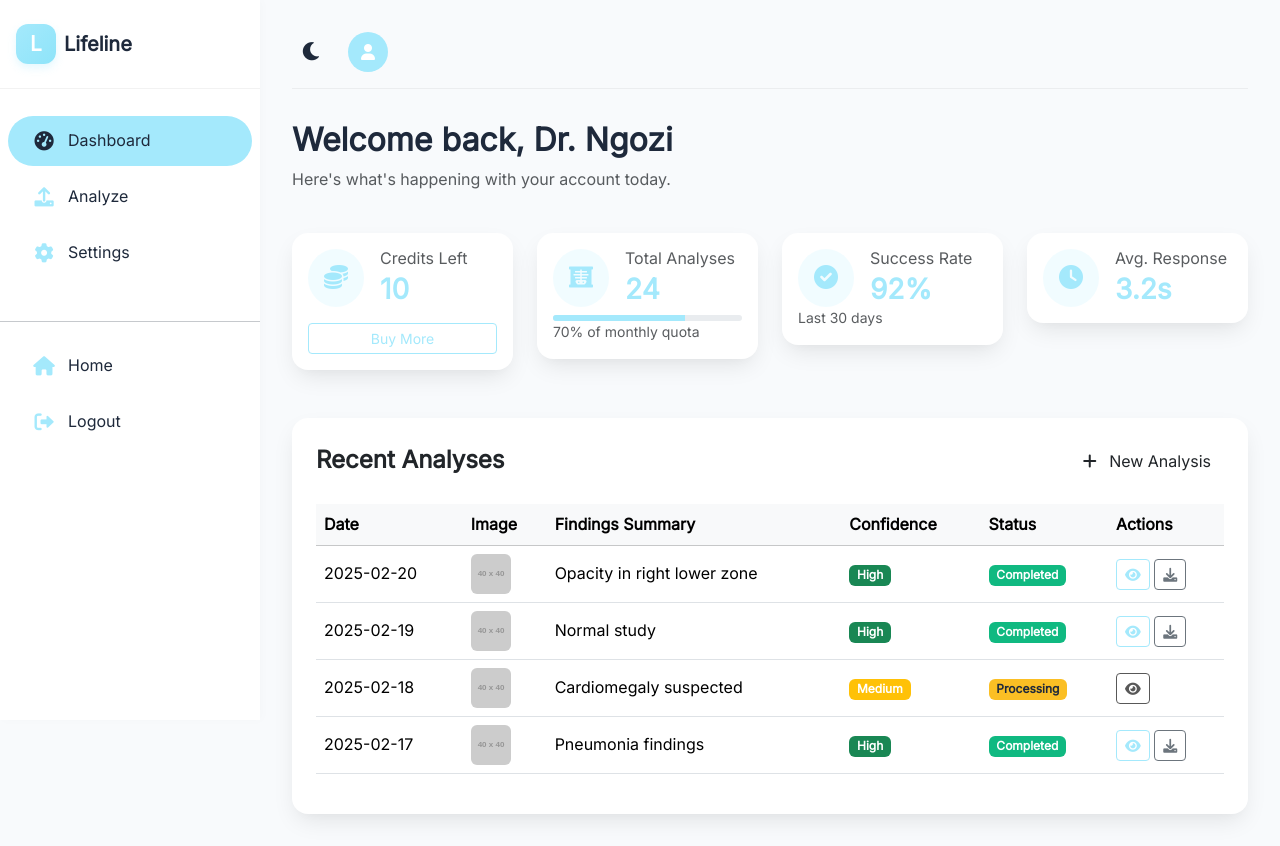
Repository: YackswebCode/lifeline
Page: http://localhost/dashboard
These files come from the project's save history. The page is drawn as it stood at one moment and after the next save; the edit follows.
The browser window is 1280 px wide. The pictures show the whole page.
The page is served by the project's Laravel application, run on PHP 8.4 with Laravel 12. Other server files are loaded and not shown.

Above is the page before, as saved 2026-02-25 16:32:29.

### routes/web.php
<?php

use Illuminate\Support\Facades\Route;
use App\Http\Controllers\LandingController;
use App\Http\Controllers\DashboardController;
use App\Http\Controllers\AnalyzeController;
use App\Http\Controllers\SettingsController;
use App\Http\Controllers\Admin\DashboardController as AdminDashboardController;
use App\Http\Controllers\PageController;

Route::get('/', [LandingController::class, 'index'])->name('landing');

// Authentication pages (static design only)
Route::get('/login', function () {
    return view('auth.login');
})->name('login');
Route::get('/register', function () {
    return view('auth.register');
})->name('register');

// Protected pages (just design, no middleware yet)
Route::get('/dashboard', [DashboardController::class, 'index'])->name('dashboard');
Route::get('/analyze', [AnalyzeController::class, 'index'])->name('analyze');
Route::get('/settings', [SettingsController::class, 'index'])->name('settings');

// Admin pages
Route::prefix('admin')->name('admin.')->group(function () {
    Route::get('/dashboard', [AdminDashboardController::class, 'index'])->name('dashboard');
});

// Static pages
Route::get('/about', [PageController::class, 'about'])->name('about');
Route::get('/contact', [PageController::class, 'contact'])->name('contact');
Route::get('/terms', [PageController::class, 'terms'])->name('terms');
Route::get('/privacy', [PageController::class, 'privacy'])->name('privacy');

### app/Http/Controllers/DashboardController.php
<?php

namespace App\Http\Controllers;

use Illuminate\Http\Request;

class DashboardController extends Controller
{
    public function index()
    {
        return view('dashboard');
    }
}

### resources/views/layouts/dashboard.blade.php
<!DOCTYPE html>
<html lang="en">
<head>
    <meta charset="UTF-8">
    <meta name="viewport" content="width=device-width, initial-scale=1.0">
    <meta name="csrf-token" content="{{ csrf_token() }}">
    <title>@yield('title', 'Dashboard - Lifeline') - Lifeline</title>
    <!-- Bootstrap 5 CDN -->
    <link href="https://cdn.jsdelivr.net/npm/bootstrap@5.3.0-alpha1/dist/css/bootstrap.min.css" rel="stylesheet">
    <!-- Font Awesome 6 -->
    <link rel="stylesheet" href="https://cdnjs.cloudflare.com/ajax/libs/font-awesome/6.0.0-beta3/css/all.min.css">
    <!-- Google Fonts: Inter -->
    <link href="https://fonts.googleapis.com/css2?family=Inter:opsz@14..32&display=swap" rel="stylesheet">
    <style>
        :root {
            --brand: #a4e9fc;
            --brand-dark: #7bcde0;
            --white: #ffffff;
            --bg-light: #f8fafc;
            --bg-dark: #1a202c;
            --text-light: #1e293b;
            --text-dark: #e2e8f0;
            --muted: #6b7280;
            --danger: #dc2626;
            --success: #10b981;
            --card-radius: 1rem;
            --shadow-soft: 0 10px 25px -5px rgba(0,0,0,0.1), 0 8px 10px -6px rgba(0,0,0,0.02);
            --transition: all 0.2s ease;
            --sidebar-width: 260px;
        }

        body.dark-mode {
            --bg-light: #0f172a;
            --text-light: #e2e8f0;
            --white: #1e293b;
            --muted: #94a3b8;
        }

        body {
            font-family: 'Inter', system-ui, sans-serif;
            background-color: var(--bg-light);
            color: var(--text-light);
            transition: background-color 0.3s, color 0.3s;
            line-height: 1.6;
        }

        /* Dashboard layout */
        .dashboard-wrapper {
            display: flex;
            min-height: 100vh;
        }

        /* Sidebar */
        .sidebar {
            width: var(--sidebar-width);
            background-color: var(--white);
            box-shadow: 2px 0 10px rgba(0,0,0,0.02);
            transition: transform 0.3s ease;
            position: fixed;
            top: 0;
            left: 0;
            height: 100vh;
            overflow-y: auto;
            z-index: 1000;
        }

        .sidebar-header {
            padding: 1.5rem 1rem;
            border-bottom: 1px solid rgba(0,0,0,0.05);
            display: flex;
            align-items: center;
            justify-content: space-between;
        }

        .sidebar .logo {
            width: 40px;
            height: 40px;
            background: linear-gradient(135deg, var(--brand) 0%, #8ee4f9 100%);
            border-radius: 12px;
            display: flex;
            align-items: center;
            justify-content: center;
            color: white;
            font-weight: 700;
            font-size: 1.3rem;
            box-shadow: 0 4px 8px rgba(164,233,252,0.3);
        }

        .sidebar .nav-link {
            display: flex;
            align-items: center;
            padding: 0.75rem 1.5rem;
            color: var(--text-light);
            font-weight: 500;
            transition: var(--transition);
            margin: 0.2rem 0.5rem;
            border-radius: 2rem;
        }

        .sidebar .nav-link i {
            margin-right: 0.75rem;
            color: var(--brand);
            font-size: 1.2rem;
            width: 24px;
            text-align: center;
        }

        .sidebar .nav-link:hover {
            background-color: rgba(164,233,252,0.1);
            transform: translateX(5px);
        }

        .sidebar .nav-link.active {
            background-color: var(--brand);
            color: #1e293b;
        }

        .sidebar .nav-link.active i {
            color: #1e293b;
        }

        /* Main content */
        .main-content {
            flex: 1;
            margin-left: var(--sidebar-width);
            padding: 2rem;
            transition: margin-left 0.3s ease;
        }

        /* Top navbar inside main */
        .top-navbar {
            display: flex;
            justify-content: space-between;
            align-items: center;
            margin-bottom: 2rem;
            padding-bottom: 1rem;
            border-bottom: 1px solid rgba(0,0,0,0.05);
        }

        .mobile-toggle {
            display: none;
            background: transparent;
            border: none;
            font-size: 1.5rem;
            color: var(--text-light);
            cursor: pointer;
        }

        .user-menu {
            display: flex;
            align-items: center;
            gap: 1rem;
        }

        .user-avatar {
            width: 40px;
            height: 40px;
            background-color: var(--brand);
            border-radius: 50%;
            display: flex;
            align-items: center;
            justify-content: center;
            color: white;
            font-weight: 600;
        }

        .dark-mode-toggle {
            background: transparent;
            border: none;
            color: var(--text-light);
            font-size: 1.3rem;
            cursor: pointer;
            width: 40px;
            height: 40px;
            border-radius: 50%;
            display: flex;
            align-items: center;
            justify-content: center;
            transition: var(--transition);
        }

        .dark-mode-toggle:hover {
            background-color: rgba(164,233,252,0.2);
        }

        /* Cards */
        .card {
            background-color: var(--white);
            border-radius: var(--card-radius);
            box-shadow: var(--shadow-soft);
            border: none;
            transition: var(--transition);
        }
        .card:hover {
            transform: translateY(-4px);
            box-shadow: 0 20px 30px -10px rgba(0,0,0,0.15);
        }

        /* Responsive */
        @media (max-width: 768px) {
            .sidebar {
                transform: translateX(-100%);
            }
            .sidebar.show {
                transform: translateX(0);
            }
            .main-content {
                margin-left: 0;
            }
            .mobile-toggle {
                display: block;
            }
        }

        /* Badge customizations */
        .badge-processing {
            background-color: #fbbf24;
            color: #1e293b;
        }
        .badge-completed {
            background-color: var(--success);
            color: white;
        }
        .badge-failed {
            background-color: var(--danger);
            color: white;
        }
    </style>
    @stack('styles')
</head>
<body>
    <div class="dashboard-wrapper">
        <!-- Sidebar -->
        <aside class="sidebar" id="sidebar">
            <div class="sidebar-header">
                <div class="d-flex align-items-center gap-2">
                    <div class="logo">L</div>
                    <span class="fw-bold fs-5">Lifeline</span>
                </div>
                <button class="d-md-none btn-close" id="closeSidebar"></button>
            </div>
            <nav class="mt-4">
                <ul class="nav flex-column">
                    <li class="nav-item">
                        <a href="{{ route('dashboard') }}" class="nav-link {{ request()->routeIs('dashboard') ? 'active' : '' }}">
                            <i class="fas fa-tachometer-alt"></i> Dashboard
                        </a>
                    </li>
                    <li class="nav-item">
                        <a href="{{ route('analyze') }}" class="nav-link {{ request()->routeIs('analyze') ? 'active' : '' }}">
                            <i class="fas fa-upload"></i> Analyze
                        </a>
                    </li>
                    <li class="nav-item">
                        <a href="{{ route('settings') }}" class="nav-link {{ request()->routeIs('settings') ? 'active' : '' }}">
                            <i class="fas fa-cog"></i> Settings
                        </a>
                    </li>
                    <li class="nav-item mt-4">
                        <hr>
                    </li>
                    <li class="nav-item">
                        <a href="{{ route('landing') }}" class="nav-link">
                            <i class="fas fa-home"></i> Home
                        </a>
                    </li>
                    <li class="nav-item">
                        <a href="#" class="nav-link" onclick="event.preventDefault(); document.getElementById('logout-form').submit();">
                            <i class="fas fa-sign-out-alt"></i> Logout
                        </a>
                        <form id="logout-form" action="#" method="POST" style="display: none;">
                            @csrf
                        </form>
                    </li>
                </ul>
            </nav>
        </aside>

        <!-- Main Content -->
        <main class="main-content">
            <!-- Top Navbar -->
            <div class="top-navbar">
                <button class="mobile-toggle" id="sidebarToggle">
                    <i class="fas fa-bars"></i>
                </button>
                <div class="user-menu">
                    <button class="dark-mode-toggle" id="darkModeToggle">
                        <i class="fas fa-moon"></i>
                    </button>
                    <div class="user-avatar">
                        <i class="fas fa-user"></i>
                    </div>
                </div>
            </div>

            <!-- Page Content -->
            @yield('content')
        </main>
    </div>

    <!-- Bootstrap JS -->
    <script src="https://cdn.jsdelivr.net/npm/bootstrap@5.3.0-alpha1/dist/js/bootstrap.bundle.min.js"></script>
    <!-- Dark mode script -->
    <script>
        (function() {
            const toggle = document.getElementById('darkModeToggle');
            const icon = toggle.querySelector('i');
            const body = document.body;
            const savedMode = localStorage.getItem('darkMode');
            if (savedMode === 'enabled') {
                body.classList.add('dark-mode');
                icon.classList.remove('fa-moon');
                icon.classList.add('fa-sun');
            }
            toggle.addEventListener('click', () => {
                if (body.classList.contains('dark-mode')) {
                    body.classList.remove('dark-mode');
                    icon.classList.remove('fa-sun');
                    icon.classList.add('fa-moon');
                    localStorage.setItem('darkMode', 'disabled');
                } else {
                    body.classList.add('dark-mode');
                    icon.classList.remove('fa-moon');
                    icon.classList.add('fa-sun');
                    localStorage.setItem('darkMode', 'enabled');
                }
            });

            // Sidebar toggle for mobile
            const sidebar = document.getElementById('sidebar');
            const sidebarToggle = document.getElementById('sidebarToggle');
            const closeSidebar = document.getElementById('closeSidebar');

            if (sidebarToggle) {
                sidebarToggle.addEventListener('click', () => {
                    sidebar.classList.toggle('show');
                });
            }
            if (closeSidebar) {
                closeSidebar.addEventListener('click', () => {
                    sidebar.classList.remove('show');
                });
            }
        })();
    </script>
    @stack('scripts')
</body>
</html>

Loaded but not shown: app/Providers/AppServiceProvider.php (common file); app/Http/Controllers/Controller.php (common file); resources/views/dashboard.blade.php (174 lines, source omitted)

After the next save:
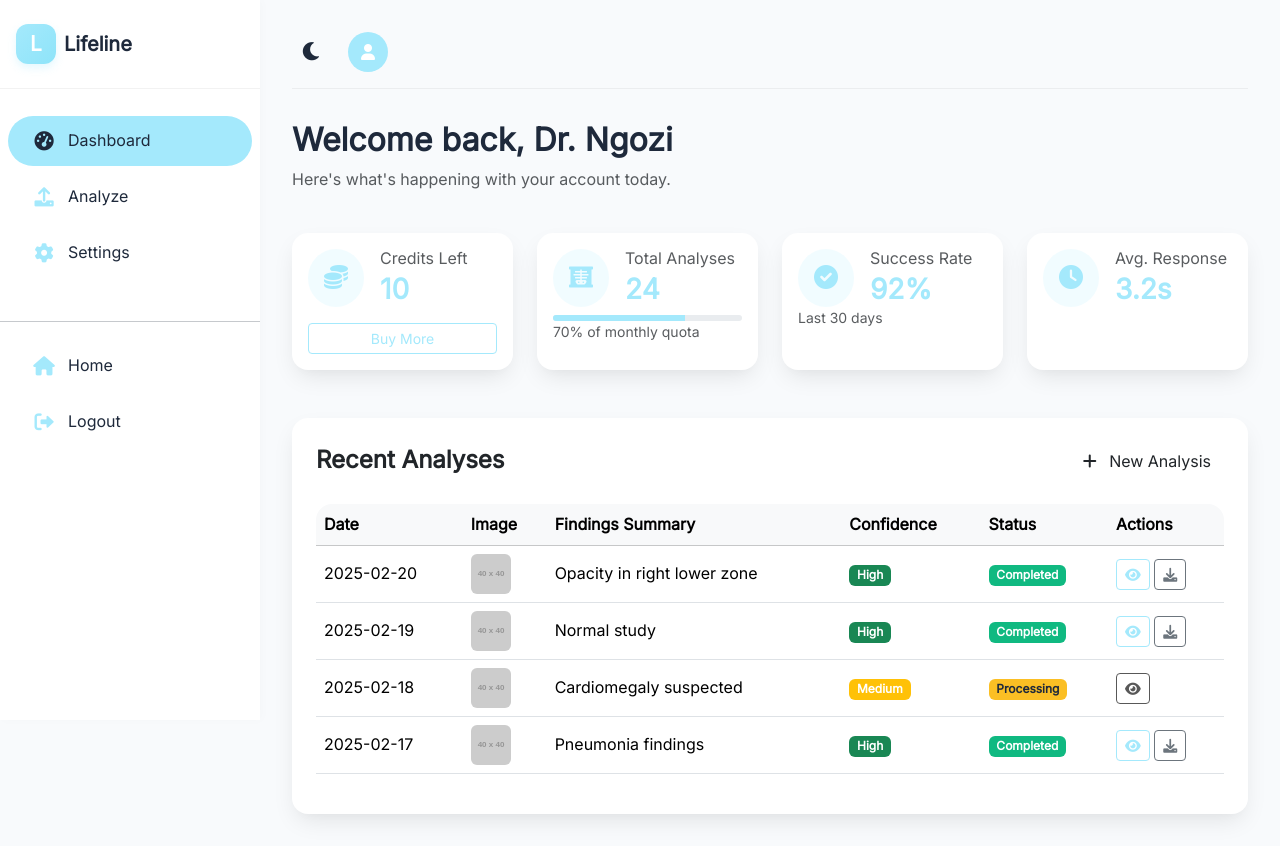
Saved 4 min 55 s later.
--- a/resources/views/layouts/dashboard.blade.php
+++ b/resources/views/layouts/dashboard.blade.php
@@ -2,7 +2,7 @@
 <html lang="en">
 <head>
     <meta charset="UTF-8">
-    <meta name="viewport" content="width=device-width, initial-scale=1.0">
+    <meta name="viewport" content="width=device-width, initial-scale=1.0, maximum-scale=1.0, user-scalable=yes">
     <meta name="csrf-token" content="{{ csrf_token() }}">
     <title>@yield('title', 'Dashboard - Lifeline') - Lifeline</title>
     <!-- Bootstrap 5 CDN -->
@@ -42,12 +42,14 @@
             color: var(--text-light);
             transition: background-color 0.3s, color 0.3s;
             line-height: 1.6;
+            overflow-x: hidden;
         }
 
         /* Dashboard layout */
         .dashboard-wrapper {
             display: flex;
             min-height: 100vh;
+            position: relative;
         }
 
         /* Sidebar */
@@ -61,7 +63,7 @@
             left: 0;
             height: 100vh;
             overflow-y: auto;
-            z-index: 1000;
+            z-index: 1050;
         }
 
         .sidebar-header {
@@ -119,12 +121,30 @@
             color: #1e293b;
         }
 
+        /* Backdrop for mobile sidebar */
+        .sidebar-backdrop {
+            position: fixed;
+            top: 0;
+            left: 0;
+            width: 100%;
+            height: 100%;
+            background-color: rgba(0,0,0,0.5);
+            z-index: 1040;
+            display: none;
+        }
+
+        .sidebar-backdrop.show {
+            display: block;
+        }
+
         /* Main content */
         .main-content {
             flex: 1;
             margin-left: var(--sidebar-width);
             padding: 2rem;
             transition: margin-left 0.3s ease;
+            min-height: 100vh;
+            overflow-y: auto;
         }
 
         /* Top navbar inside main */
@@ -135,6 +155,8 @@
             margin-bottom: 2rem;
             padding-bottom: 1rem;
             border-bottom: 1px solid rgba(0,0,0,0.05);
+            flex-wrap: wrap;
+            gap: 1rem;
         }
 
         .mobile-toggle {
@@ -183,17 +205,38 @@
             background-color: rgba(164,233,252,0.2);
         }
 
-        /* Cards */
+        /* Cards - ensure equal height */
         .card {
             background-color: var(--white);
             border-radius: var(--card-radius);
             box-shadow: var(--shadow-soft);
             border: none;
             transition: var(--transition);
+            height: 100%;
         }
         .card:hover {
             transform: translateY(-4px);
             box-shadow: 0 20px 30px -10px rgba(0,0,0,0.15);
+        }
+
+        /* Table responsive */
+        .table-responsive {
+            border-radius: var(--card-radius);
+            overflow-x: auto;
+        }
+
+        /* Badge customizations */
+        .badge-processing {
+            background-color: #fbbf24;
+            color: #1e293b;
+        }
+        .badge-completed {
+            background-color: var(--success);
+            color: white;
+        }
+        .badge-failed {
+            background-color: var(--danger);
+            color: white;
         }
 
         /* Responsive */
@@ -206,30 +249,27 @@
             }
             .main-content {
                 margin-left: 0;
+                padding: 1rem;
             }
             .mobile-toggle {
                 display: block;
             }
-        }
-
-        /* Badge customizations */
-        .badge-processing {
-            background-color: #fbbf24;
-            color: #1e293b;
-        }
-        .badge-completed {
-            background-color: var(--success);
-            color: white;
-        }
-        .badge-failed {
-            background-color: var(--danger);
-            color: white;
+            .top-navbar {
+                margin-bottom: 1rem;
+            }
+            /* Make cards full width on mobile with consistent height */
+            .row > [class*="col-"] {
+                margin-bottom: 1rem;
+            }
         }
     </style>
     @stack('styles')
 </head>
 <body>
     <div class="dashboard-wrapper">
+        <!-- Sidebar Backdrop (mobile only) -->
+        <div class="sidebar-backdrop" id="sidebarBackdrop"></div>
+
         <!-- Sidebar -->
         <aside class="sidebar" id="sidebar">
             <div class="sidebar-header">
@@ -277,7 +317,7 @@
         </aside>
 
         <!-- Main Content -->
-        <main class="main-content">
+        <main class="main-content" id="mainContent">
             <!-- Top Navbar -->
             <div class="top-navbar">
                 <button class="mobile-toggle" id="sidebarToggle">
@@ -303,6 +343,7 @@
     <!-- Dark mode script -->
     <script>
         (function() {
+            // Dark mode
             const toggle = document.getElementById('darkModeToggle');
             const icon = toggle.querySelector('i');
             const body = document.body;
@@ -326,21 +367,40 @@
                 }
             });
 
-            // Sidebar toggle for mobile
+            // Sidebar toggle for mobile with backdrop
             const sidebar = document.getElementById('sidebar');
             const sidebarToggle = document.getElementById('sidebarToggle');
             const closeSidebar = document.getElementById('closeSidebar');
+            const backdrop = document.getElementById('sidebarBackdrop');
+
+            function openSidebar() {
+                sidebar.classList.add('show');
+                backdrop.classList.add('show');
+                document.body.style.overflow = 'hidden'; // prevent background scrolling
+            }
+
+            function closeSidebarFunc() {
+                sidebar.classList.remove('show');
+                backdrop.classList.remove('show');
+                document.body.style.overflow = '';
+            }
 
             if (sidebarToggle) {
-                sidebarToggle.addEventListener('click', () => {
-                    sidebar.classList.toggle('show');
-                });
+                sidebarToggle.addEventListener('click', openSidebar);
             }
             if (closeSidebar) {
-                closeSidebar.addEventListener('click', () => {
-                    sidebar.classList.remove('show');
-                });
-            }
+                closeSidebar.addEventListener('click', closeSidebarFunc);
+            }
+            if (backdrop) {
+                backdrop.addEventListener('click', closeSidebarFunc);
+            }
+
+            // Close sidebar on window resize if open (e.g., rotate from mobile to desktop)
+            window.addEventListener('resize', function() {
+                if (window.innerWidth > 768 && sidebar.classList.contains('show')) {
+                    closeSidebarFunc();
+                }
+            });
         })();
     </script>
     @stack('scripts')
